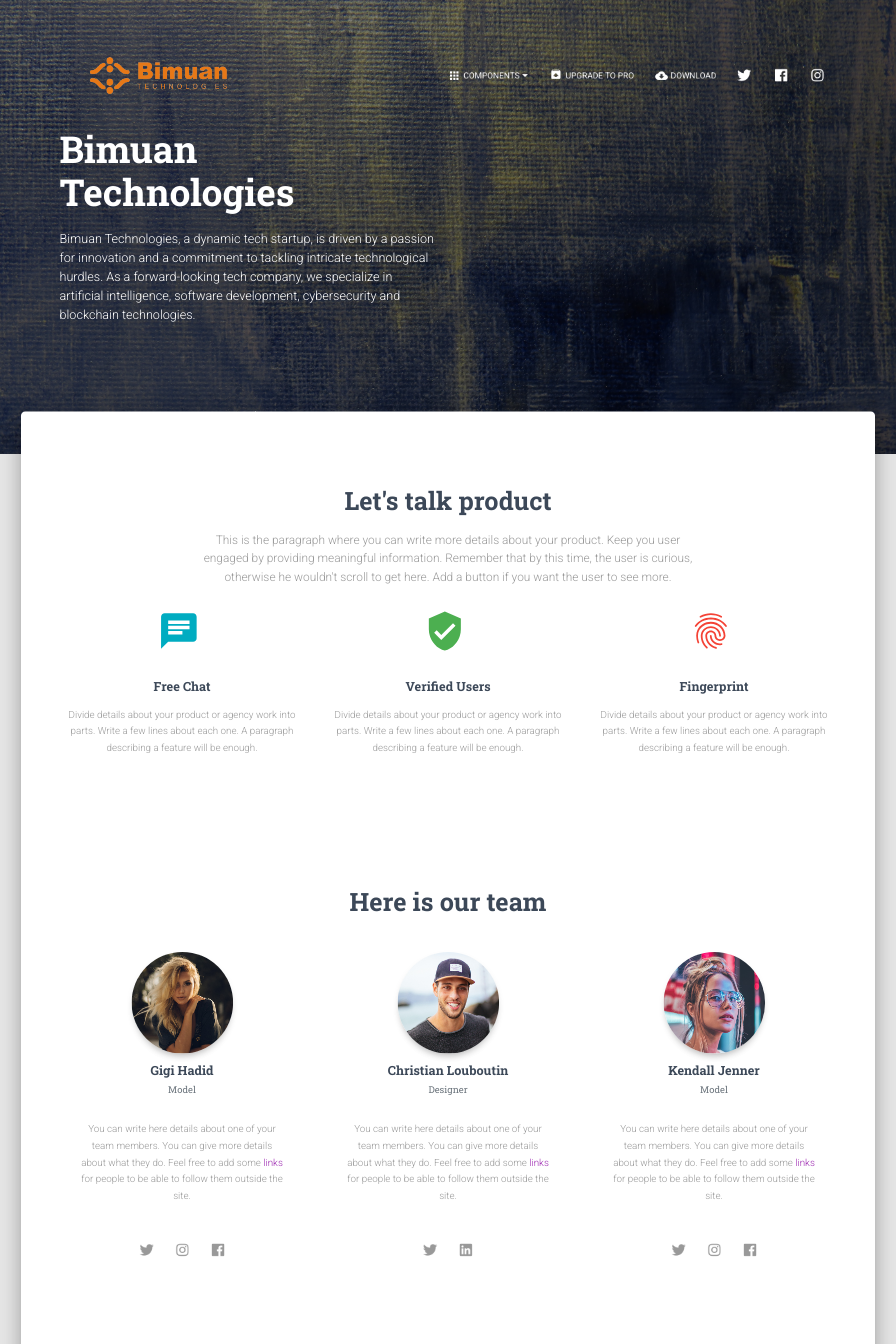
Repository: marcusdashe/bimuan-tech
Page: /
These files come from the project's save history. The page is drawn as it stood at one moment and after the next save; the edit follows.
The browser window is 1280 px wide. The pictures show the part of the page from y = 0 to 1920 px (the page is 2679 px tall), at 70% of full size.
Some web libraries are served in a nearby version. The project was rebuilt for these pictures with package versions that can differ from the ones it lists, and the page was loaded fresh each time. The framework's server and built-in components were replaced by stand-ins that run in the browser. Also part of the build but not shown: next.config.js.

Above is the page before, as saved 2023-10-30 14:10:43.

After the next save:
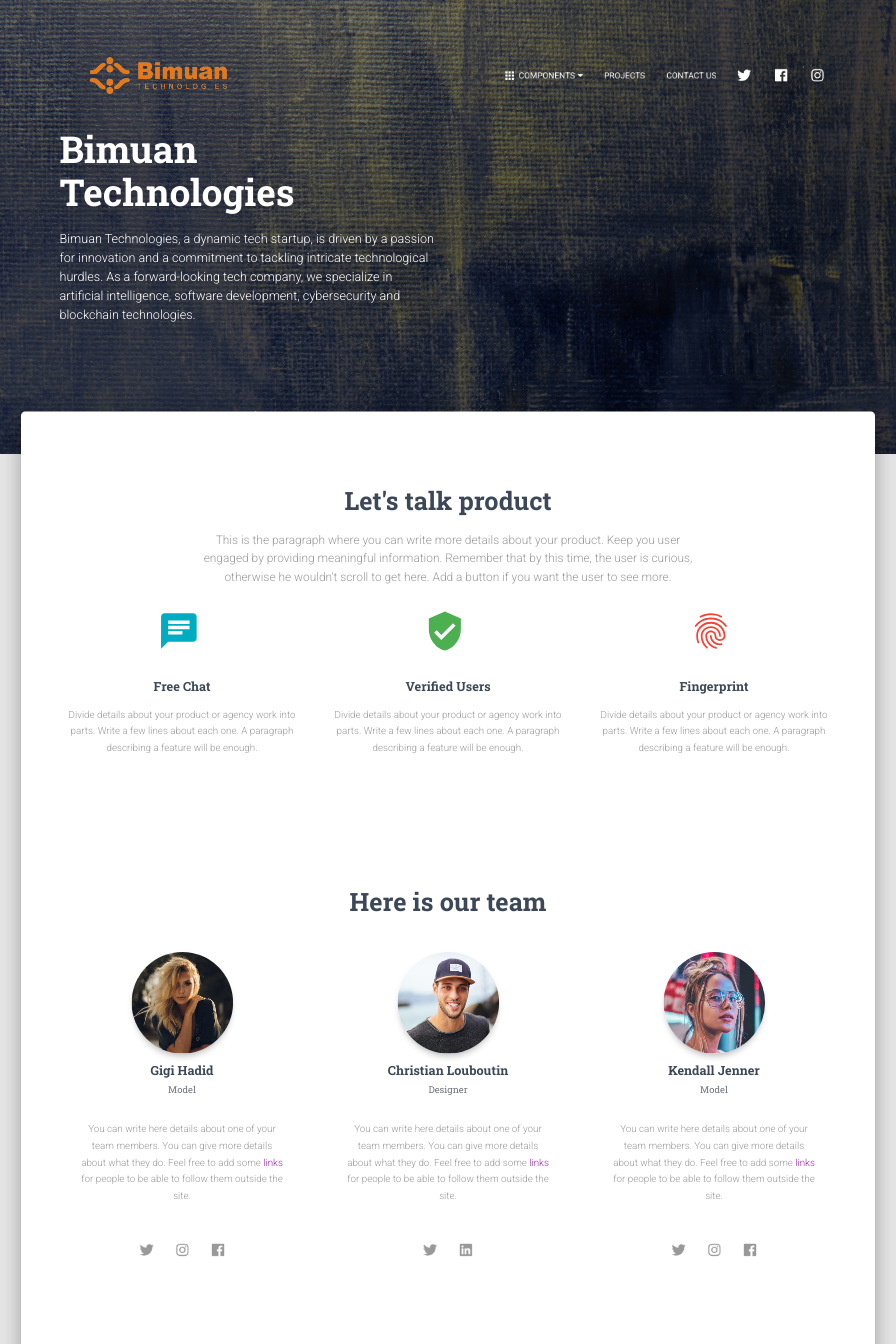
Saved 104 s later.
--- a/components/Header/HeaderLinks.js
+++ b/components/Header/HeaderLinks.js
@@ -45,29 +45,29 @@
               // target="_blank"
               className={classes.dropdownLink}
             >
-              Documentation
+              Vision and Mission
             </a>,
           ]}
         />
       </ListItem>
       <ListItem className={classes.listItem}>
         <Button
-          href="https://www.creative-tim.com/product/nextjs-material-kit-pro?ref=njsmk-navbar"
+          href="#"
           color="transparent"
-          target="_blank"
+          // target="_blank"
           className={classes.navLink}
         >
-          <Icon className={classes.icons}>unarchive</Icon> Upgrade to PRO
+          Projects
         </Button>
       </ListItem>
       <ListItem className={classes.listItem}>
         <Button
-          href="https://www.creative-tim.com/product/nextjs-material-kit?ref=njsmk-navbar"
+          href="#"
           color="transparent"
-          target="_blank"
+          // target="_blank"
           className={classes.navLink}
         >
-          <CloudDownload className={classes.icons} /> Download
+          Contact us
         </Button>
       </ListItem>
       <ListItem className={classes.listItem}>
